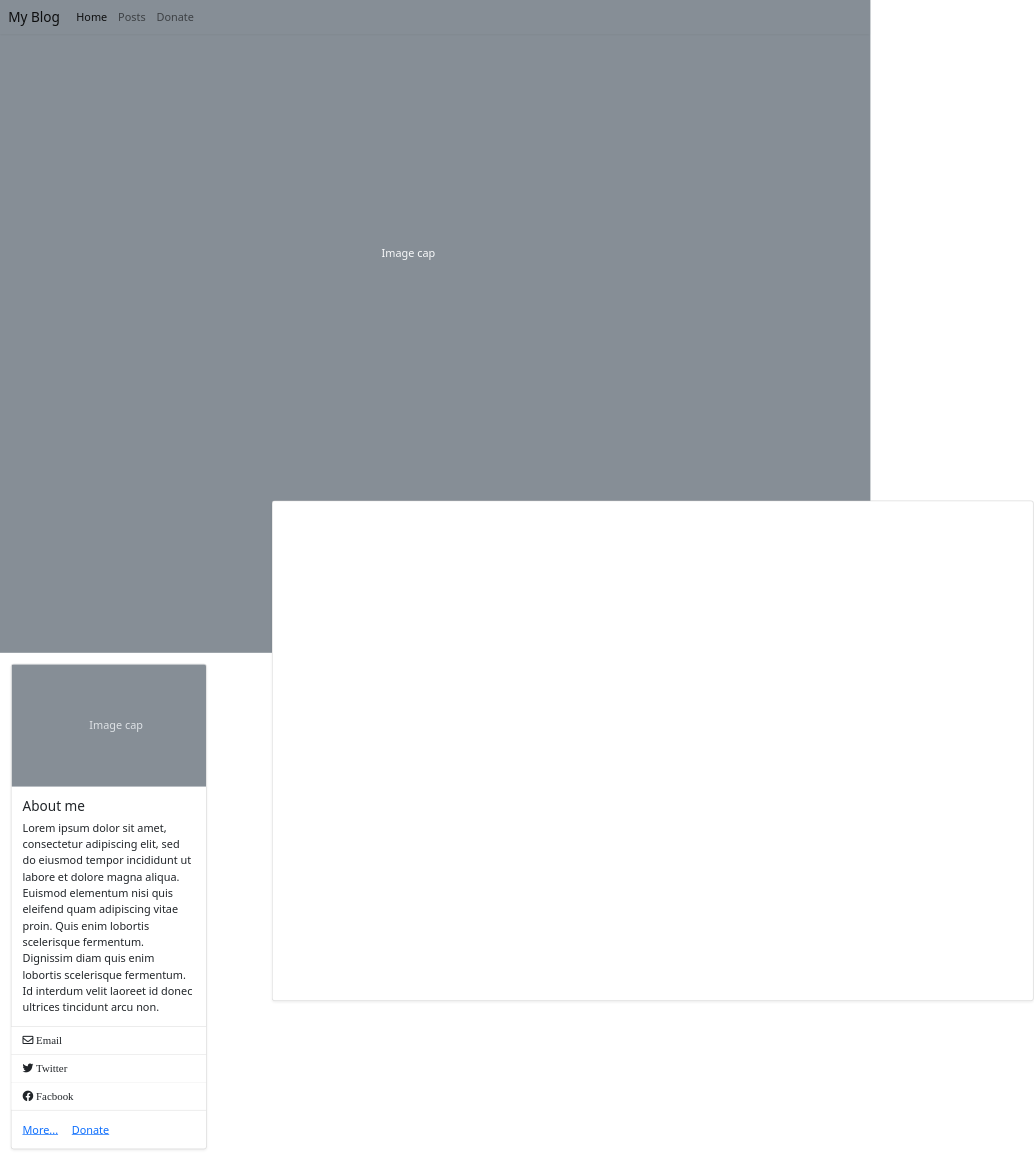
Repository: LublubXT/Azi-Tec-Team
Page: views/templates/blogs/personalblog/home.html
These files come from the project's save history. The page is drawn as it stood at one moment and after the next save; the edit follows.
The browser window is 1280 px wide. The page is 1520 px wide, so the pictures cover 1520 px, including what lies to the right of the window. The pictures show the whole page, at 68% of full size.

Above is the page before, as saved 2021-03-11 08:18:33.

### views/templates/blogs/personalblog/home.html
<!DOCTYPE html>
<html lang="en">

    <head>
        <meta charset="UTF-8">
        <meta http-equiv="X-UA-Compatible" content="IE=edge">
        <meta name="viewport" content="width=device-width, initial-scale=1.0">

        <!-- import style sheet file -->
        <link rel="stylesheet" href="css/style.css">
        <link rel="stylesheet" href="css/bootstrap.min.css">
        <link rel="stylesheet" href="fontawesome/css/all.css">


        <title>My Blog</title>
    </head>

    <body>
        <div class="header imgDiv">
            <nav class="navbar navbar-expand-lg navbar-light fixed-top shadow-sm"
                style="background-color: transparent;">
                <div class="container-fluid">
                    <a class="navbar-brand" href="#">My Blog</a>
                    <button class="navbar-toggler" type="button" data-bs-toggle="collapse"
                        data-bs-target="#navbarNavAltMarkup" aria-controls="navbarNavAltMarkup" aria-expanded="false"
                        aria-label="Toggle navigation">
                        <span class="navbar-toggler-icon"></span>
                    </button>
                    <div class="collapse navbar-collapse float-end" id="navbarNavAltMarkup">
                        <div class="navbar-nav float-end">
                            <a class="nav-link active" aria-current="page" href="#">Home</a>
                            <a class="nav-link" href="#">Posts</a>
                            <a class="nav-link" href="#">Donate</a>
                        </div>
                    </div>
                </div>
            </nav>
            <p class="card-text position-absolute top-50 end-50 text-light">Image
                cap</p>
        </div>

        <div>

            <div class="card mx-3 my-3 shadow-sm" style="width: 18rem;">
                <svg class="bd-placeholder-img card-img-top" width="100%" height="180"
                    xmlns="http://www.w3.org/2000/svg" role="img" aria-label="Placeholder: Image cap"
                    preserveAspectRatio="xMidYMid slice" focusable="false">
                    <title>Placeholder</title>
                    <rect width="100%" height="100%" fill="#868e96"></rect><text x="40%" y="50%" fill="#dee2e6"
                        dy=".3em">Image
                        cap</text>
                </svg>
                <div class="card-body">
                    <h5 class="card-title">About me</h5>
                    <p class="card-text">Lorem ipsum dolor sit amet, consectetur adipiscing elit, sed do eiusmod tempor
                        incididunt ut labore et dolore magna
                        aliqua. Euismod elementum nisi quis eleifend quam adipiscing vitae proin. Quis enim lobortis
                        scelerisque fermentum.
                        Dignissim diam quis enim lobortis scelerisque fermentum. Id interdum velit laoreet id donec
                        ultrices tincidunt arcu non.</p>
                </div>
                <ul class="list-group list-group-flush">
                    <li class="list-group-item"><i class="far fa-envelope"> Email</i></li>
                    <li class="list-group-item"><i class="fab fa-twitter"> Twitter</i></li>
                    <li class="list-group-item"><i class="fab fa-facebook"> Facbook</i></li>
                </ul>
                <div class="card-body">
                    <a href="#" class="card-link">More...</a>
                    <a href="#" class="card-link">Donate</a>
                </div>
            </div>
            <div class="card mx-3 my-3 float-end shadow-sm position-absolute top-100"
                style="width: 70rem; height: 46rem; left: 24rem;">

            </div>
        </div>

    </body>

</html>

### views/templates/blogs/personalblog/css/style.css
body {
    margin: 0px;
    padding: 0px;
}

.header {
    max-width: 100%;
    height: 60rem;
}

.imgDiv {
    background-color: #868e96;
}


.navbar {
    background-color: transparent;
    max-width: 100%;
    height: 50px;
    color: white;
    z-index: 3;
    position: sticky;
    top: 0px;
    left: 0px;
}

.mainlink {
    color: white;
    font-family: 'Courier New', Courier, monospace;
    font-weight: bolder;
    background: transparent;
    font-size: xx-large;
    text-decoration: none;
    float: left;
    margin: 10px;
}

.link {
    color: white;
    font-family: 'Courier New', Courier, monospace;
    font-weight: bolder;
    background: transparent;
    font-size: large;
    float: right;
    margin: 10px;
    margin-left: 10px;
    text-decoration: none;
}

Loaded but not shown: views/templates/blogs/personalblog/css/bootstrap.min.css (library); views/templates/blogs/personalblog/fontawesome/css/all.css (library)

After the next save:
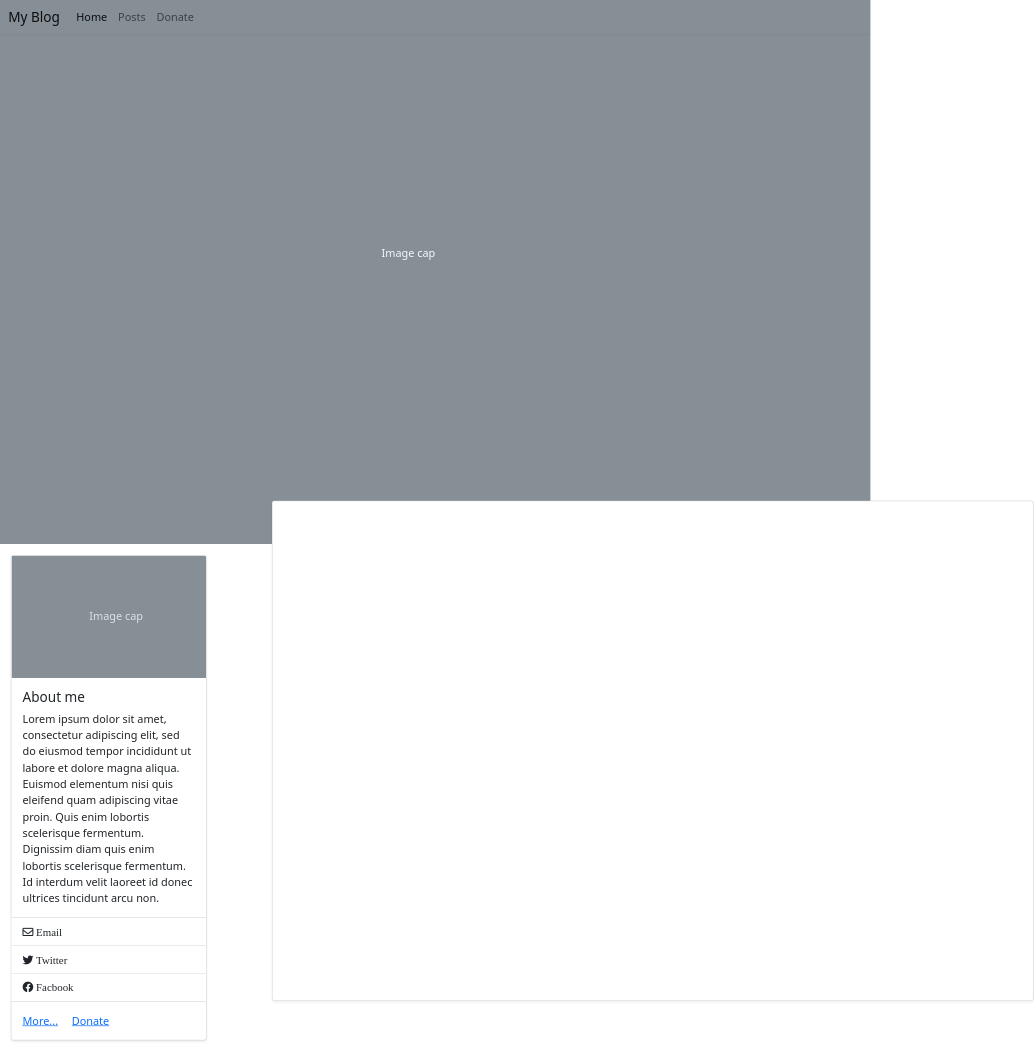
Saved 1 s later.
--- a/views/templates/blogs/personalblog/css/style.css
+++ b/views/templates/blogs/personalblog/css/style.css
@@ -5,7 +5,7 @@ body {
 
 .header {
     max-width: 100%;
-    height: 60rem;
+    height: 50rem;
 }
 
 .imgDiv {
